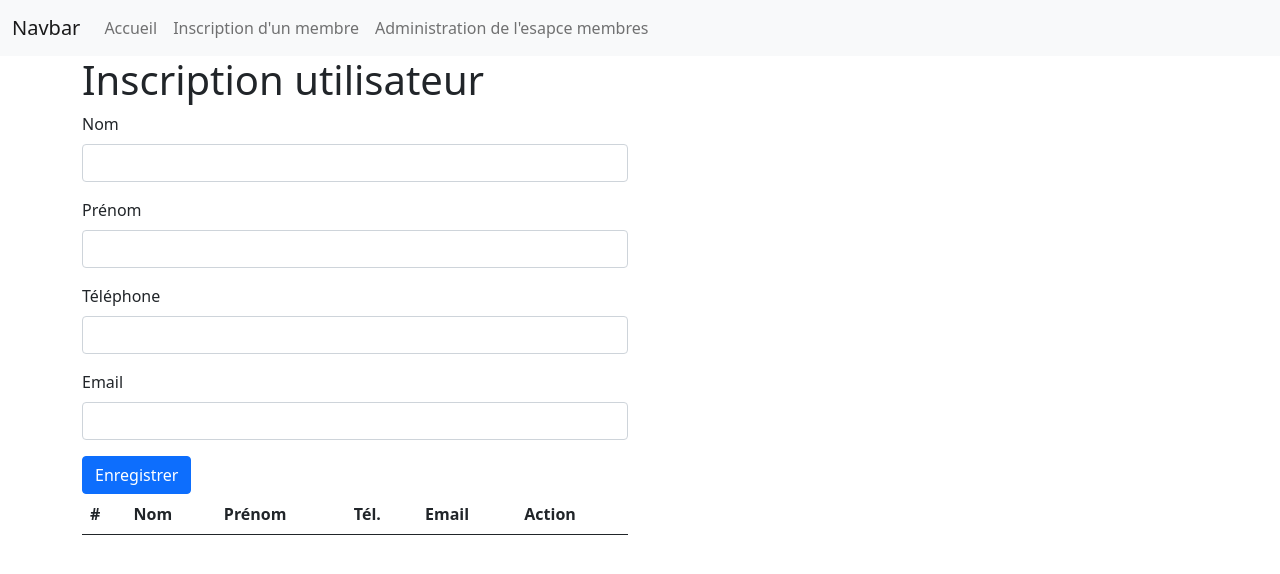
Repository: arione15/Ud-Mast_PHP_POO_espace_membre
Page: http://localhost/administration.php
The author's editor kept a copy of each file at every save. The page is drawn from the files as they stood at one save, then again after the next save.
The browser window is 1280 px wide. The pictures show the whole page.
The page is run by PHP 8.4 with error messages shown; the project is at /var/www/html/. Queries for data that is not in the repository find no rows.

Above is the page before, as saved 2021-07-31 12:21:29.

### administration.php
<?php
require_once 'inclureClasses.php';

$pdo = new PDO('mysql: host=localhost; dbname=espace_membres', 'root', '');
$pdo->setAttribute(PDO::ATTR_ERRMODE, PDO::ERRMODE_EXCEPTION); // ou après 'root', '', [PDO::ATTR_ERRMODE => PDO::ERRMODE_EXCEPTION, PDO::ATTR_DEFAULT_FETCH_MODE => PDO::FETCH_ASSOC])

$manager = new UtilisateursManager($pdo);
?>


<!DOCTYPE html>
<html lang="en">

<head>
    <meta charset="UTF-8">
    <meta http-equiv="X-UA-Compatible" content="IE=edge">
    <meta name="viewport" content="width=device-width, initial-scale=1.0">
    <link href="https://cdn.jsdelivr.net/npm/bootstrap@5.0.2/dist/css/bootstrap.min.css" rel="stylesheet" integrity="sha384-EVSTQN3/azprG1Anm3QDgpJLIm9Nao0Yz1ztcQTwFspd3yD65VohhpuuCOmLASjC" crossorigin="anonymous">

    <title>Inscription</title>
</head>

<body>
    <nav class="navbar navbar-expand-lg navbar-light bg-light">
        <div class="container-fluid">
            <a class="navbar-brand" href="#">Navbar</a>
            <button class="navbar-toggler" type="button" data-bs-toggle="collapse" data-bs-target="#navbarSupportedContent" aria-controls="navbarSupportedContent" aria-expanded="false" aria-label="Toggle navigation">
                <span class="navbar-toggler-icon"></span>
            </button>
            <div class="collapse navbar-collapse" id="navbarSupportedContent">
                <ul class="navbar-nav me-auto mb-2 mb-lg-0">
                    <li class="nav-item">
                        <a class="nav-link" aria-current="page" href="#">Accueil</a>
                    </li>
                    <li class="nav-item">
                        <a class="nav-link" href="inscription.php">Inscription d'un membre</a>
                    </li>
                    <li class="nav-item">
                        <a class="nav-link" href="administration.php">Administration de l'esapce membres</a>
                    </li>
                </ul>
            </div>
        </div>
    </nav>




    <div class="container">
        <h1>Inscription utilisateur</h1>
        <div class="row">
            <div class="col-md-6">
                <form action="#" method="post" col-md-6>
                    <div class="mb-3">
                        <?php if (isset($erreurs) && in_array(Utilisateurs::NOM_INVALIDE, $erreurs)) {
                            echo 'Le nom est invalide <br>';
                        }
                        ?>
                        <label for="nom" class="form-label">Nom</label>
                        <input type="text" class="form-control" id="nom">
                    </div>

                    <?php if (isset($erreurs) && in_array(Utilisateurs::PRENOM_INVALIDE, $erreurs)) {
                        echo 'Le prénom est invalide <br>';
                    }
                    ?>
                    <div class="mb-3">
                        <label for="prenom" class="form-label">Prénom</label>
                        <input type="text" class="form-control" id="prenom">
                    </div>

                    <div class="mb-3">
                        <label for="tel" class="form-label">Téléphone</label>
                        <input type="tel" class="form-control" id="tel">
                    </div>

                    <?php if (isset($erreurs) && in_array(Utilisateurs::EMAIL_INVALIDE, $erreurs)) {
                        echo 'L\'email est invalide <br>';
                    }
                    ?>
                    <div class="mb-3">
                        <label for="email" class="form-label">Email</label>
                        <input type="email" class="form-control" id="email">
                    </div>

                    <button type="submit" class="btn btn-primary">Enregistrer</button>
                </form>

            </div>
        </div>
    </div>

    <div class="container">
        <div class="row">
            <div class="col-md-6">
                <table class="table table-hover">
                    <thead>
                        <tr>
                            <th scope="col">#</th>
                            <th scope="col">Nom</th>
                            <th scope="col">Prénom</th>
                            <th scope="col">Tél.</th>
                            <th scope="col">Email</th>
                            <th scope="col">Action</th>
                        </tr>
                    </thead>
                    <tbody>
                        <?php foreach ($manager->getListeUtilisateurs() as $key) : ?>
                            <tr>
                                <th scope="row"><?= $key->getId() ?></th>
                                <td><?= $key->getNom() ?></td>
                                <td><?= $key->getPrenom() ?></td>
                                <td><?= $key->getTel() ?></td>
                                <td><?= $key->getEmail() ?></td>
                                <td><a href="?modifier=<?= $key->getId() ?>" class='btn btn-primary m-1'>Modifier</a><a href="" class='btn btn-danger m-1'>Supprimer</a></td>
                            </tr>
                        <?php endforeach; ?>
                    </tbody>
                </table>
            </div>
        </div>
    </div>

    <script src="https://cdn.jsdelivr.net/npm/@popperjs/core@2.9.2/dist/umd/popper.min.js" integrity="sha384-IQsoLXl5PILFhosVNubq5LC7Qb9DXgDA9i+tQ8Zj3iwWAwPtgFTxbJ8NT4GN1R8p" crossorigin="anonymous"></script>
    <script src="https://cdn.jsdelivr.net/npm/bootstrap@5.0.2/dist/js/bootstrap.min.js" integrity="sha384-cVKIPhGWiC2Al4u+LWgxfKTRIcfu0JTxR+EQDz/bgldoEyl4H0zUF0QKbrJ0EcQF" crossorigin="anonymous"></script>

</body>

</html>

### inclureClasses.php
<?php

function inclureClasses($ClassName){
    if(file_exists($fichier = __DIR__ . '/' . $ClassName . '.php')){
        require $fichier;
    }
}
spl_autoload_register('inclureClasses');

### UtilisateursManager.php
<?php
require_once 'inclureClasses.php';

class UtilisateursManager{
private $pdo;

public function __construct(PDO $pdo){
    $this -> pdo = $pdo;
}

public function inserer(Utilisateurs $utilisateur){
    $req = $this -> pdo -> prepare('INSERT INTO utilisateurs(nom, prenom, tel, email) VALUES(:nom, :prenom, :tel, :email)');
    $req -> bindValue(':nom', $utilisateur->getNom(), PDO::PARAM_STR); //$_POST['nom'] ??
    $req -> bindValue(':prenom', $utilisateur->getPrenom(), PDO::PARAM_STR);
    $req -> bindValue(':tel', $utilisateur->getTel(), PDO::PARAM_STR);
    $req -> bindValue(':email', $utilisateur->getEmail(), PDO::PARAM_STR);
    $req -> execute();
}

public function getListeUtilisateurs(){
    $req = $this -> pdo -> query('SELECT * FROM utilisateurs ORDER BY nom ASC');
    $req -> setFetchMode(PDO::FETCH_CLASS | PDO::FETCH_PROPS_LATE, 'Utilisateurs');
    $listeUtilisateurs = $req -> fetchAll();
    $req -> closeCursor();
    return $listeUtilisateurs;
}

public function getUtilisateur($id){
    $req = $this -> pdo -> prepare('SELECT * FROM utilisateurs WHERE id=:id');
    $req -> bindValue(':id', $id, PDO::PARAM_INT);
    $req -> execute();
    $req -> setFetchMode(PDO::FETCH_CLASS | PDO::FETCH_PROPS_LATE, 'Utilisateurs');
    $utilisateur = $req -> fetch();
    $req -> closeCursor();
    return $utilisateur;
}

}

### Utilisateurs.php
<?php

class Utilisateurs
{
    private $id;
    private $nom;
    private $prenom;
    private $tel;
    private $email;

    private $erreurs = [];

    const NOM_INVALIDE = 1;
    const PRENOM_INVALIDE = 2;
    const EMAIL_INVALIDE = 3;


    public function __construct($donnees = [])
    {
        $this->hydrater($donnees);
    }

    public function getId()
    {
        return $this->id;
    }

    public function setId($id)
    {
        if (!empty($id)) {
            $this->id = $id;
        }
    }

    public function getNom()
    {
        return $this->nom;
    }

    public function setNom($nom)
    {
        if (!is_string($nom) || empty($nom)) {
            $this->erreurs[] = self::NOM_INVALIDE;
        }
        $this->nom = $nom;
    }

    public function getPrenom()
    {
        return $this->prenom;
    }

    public function setPrenom($prenom)
    {
        if (!is_string($prenom) || empty($prenom)) {
            $this->erreurs[] = self::PRENOM_INVALIDE;
        }
        $this->prenom = $prenom;
    }

    public function getTel()
    {
        return $this->tel;
    }

    public function setTel($tel)
    {
        $this->tel = $tel;
    }

    public function getEmail()
    {
        return $this->email;
    }


    public function setEmail($email)
    {
        if(filter_var($email, FILTER_VALIDATE_EMAIL)){
            $this->email = $email;
        }$this->erreurs[]=self::EMAIL_INVALIDE;
    }


    public function hydrater(array $donnees)
    {
        foreach ($donnees as $propriete => $valeur) {
            $methodSet = 'set' . ucfirst($propriete);
            $this->$methodSet($valeur);
        }
    }

    public function isUserValid()
    {
        if (!(empty($this->nom) || empty($this->prenom) || empty($this->email))) { // on peut l'écrire "return !empty(.....)"
            return true;
        }
    }

    public function getErreurs()
    {
        return $this->erreurs;
    }

    public function setErreurs($erreurs)
    {
        $this->erreurs = $erreurs;
    }
}

After the next save:
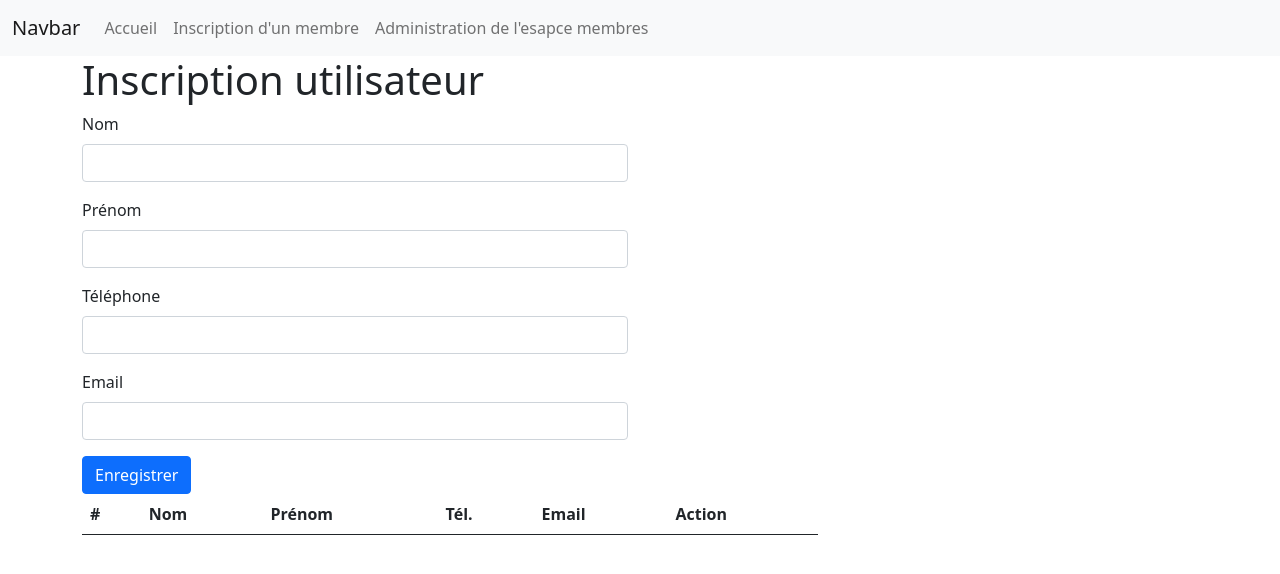
Saved 37 s later.
--- a/administration.php
+++ b/administration.php
@@ -92,7 +92,7 @@ $manager = new UtilisateursManager($pdo);
 
     <div class="container">
         <div class="row">
-            <div class="col-md-6">
+            <div class="col-md-8">
                 <table class="table table-hover">
                     <thead>
                         <tr>
